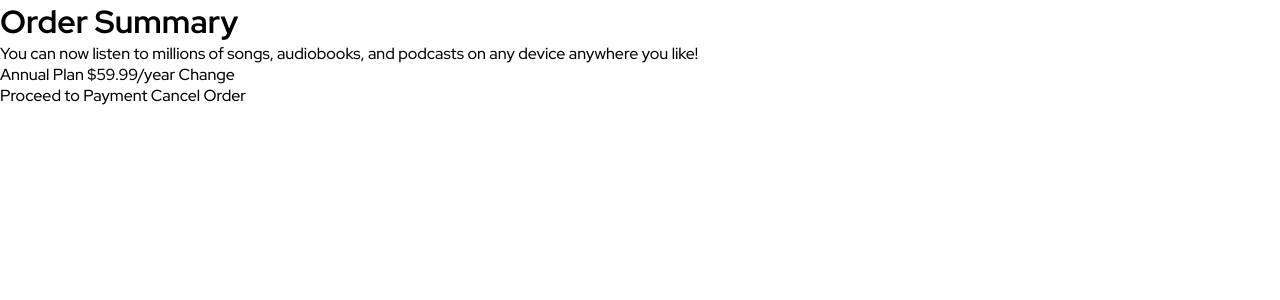
Repository: Angelina555555/lekce_05
Page: cviceni/index.html
The author's editor kept a copy of each file at every save. The page is drawn from the files as they stood at one save, then again after the next save.
The browser window is 1280 px wide. The pictures show the whole page.

Above is the page before, as saved 2021-10-26 18:48:59.

### cviceni/index.html
<!DOCTYPE html>
<html lang="en">
  <head>
    <meta charset="UTF-8" />
    <meta name="viewport" content="width=device-width, initial-scale=1.0" />
    <link rel="preconnect" href="https://fonts.googleapis.com" />
    <link rel="preconnect" href="https://fonts.gstatic.com" crossorigin />
    <link
      href="https://fonts.googleapis.com/css2?family=Red+Hat+Display:wght@400;500;600;700;800;900&display=swap"
      rel="stylesheet"
    />
    <link rel="stylesheet" href="style.css" />
    <title>Order summary card</title>
  </head>
  <body>
    <header>
      <h1>Order Summary</h1>
    </header>

    <section class="telo">
      <p>
        You can now listen to millions of songs, audiobooks, and podcasts on any
        device anywhere you like!
      </p>

      Annual Plan $59.99/year Change
      <section class="tlacitko">
        <p>Proceed to Payment Cancel Order</p>
      </section>
    </section>
  </body>
</html>

### cviceni/style.css
* {
  box-sizing: border-box;
  margin: 0;
  padding: 0;
}

html {
  font-family: 'Red Hat Display', sans-serif;
  font-weight: 500;
}

/* Pro výběr barev můžeš použít např: https://imagecolorpicker.com/
Pro vygenerování stínu pro tlačítko můžeš použít např: https://cssgenerator.org/box-shadow-css-generator.html */

/* Tady je místo pro tvůj kód */

After the next save:
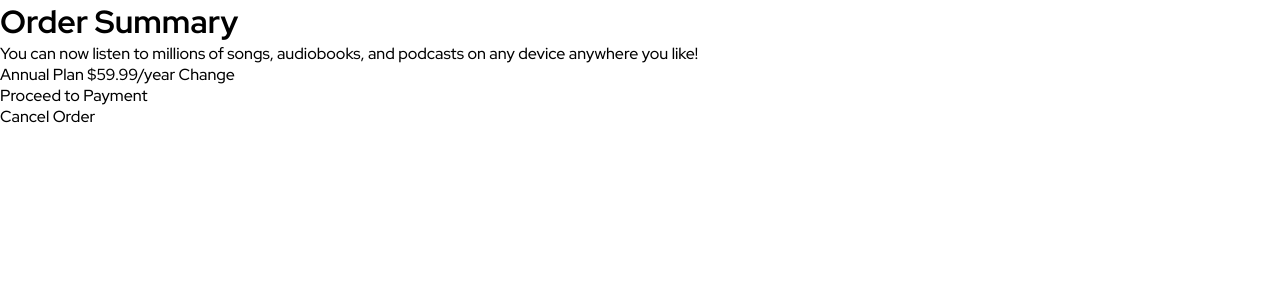
Saved 3 min 21 s later.
--- a/cviceni/index.html
+++ b/cviceni/index.html
@@ -23,9 +23,14 @@
         device anywhere you like!
       </p>
 
-      Annual Plan $59.99/year Change
-      <section class="tlacitko">
-        <p>Proceed to Payment Cancel Order</p>
+      <section class="plan">
+        <p>Annual Plan $59.99/year Change</p>
+      </section>
+      <section class="tlacitko Payment">
+        <p>Proceed to Payment</p>
+      </section>
+      <section class="tlacitko Cancel">
+        <p>Cancel Order</p>
       </section>
     </section>
   </body>
